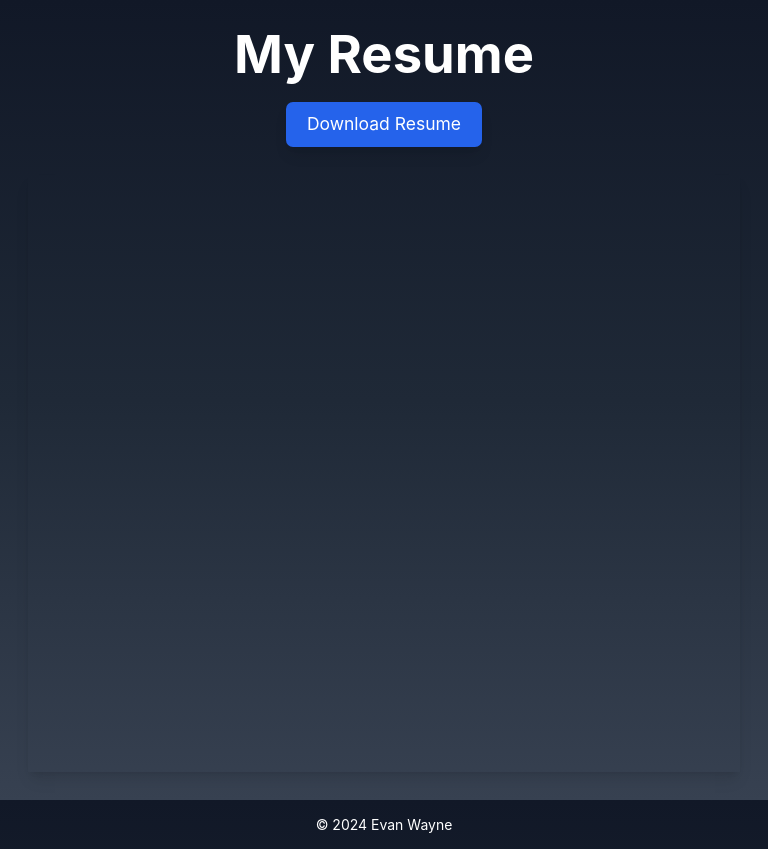
Repository: evnwyn/Evan-Wayne-s-Portfolio
Page: /resume
These files come from the project's save history. The page is drawn as it stood at one moment and after the next save; the edit follows.
The browser window is 768 px wide. The pictures show the whole page.
An inner scrolling area shows only its first screen. The project was rebuilt for these pictures with package versions that can differ from the ones it lists, and the page was loaded fresh each time. The framework's server and built-in components were replaced by stand-ins that run in the browser. Also part of the build but not shown: next.config.js.

Above is the page before, as saved 2024-10-09 20:22:39.

After the next save:
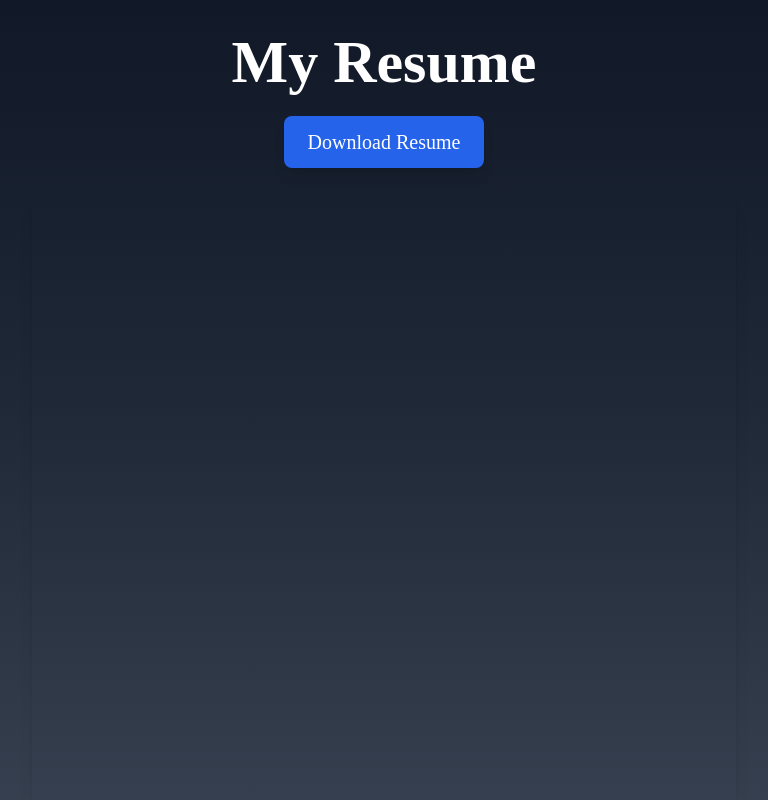
Saved 33 s later.
--- a/src/styles/globals.css
+++ b/src/styles/globals.css
@@ -2,54 +2,25 @@
 @tailwind components;
 @tailwind utilities;
 
-/* Custom Global Styles */
-
-html,
-body {
+/* Reset any default padding or margin */
+html, body {
+  height: 100%;
+  margin: 0;
   padding: 0;
-  margin: 0;
-  height: 100%;
-  font-family: -apple-system, BlinkMacSystemFont, "Segoe UI", Roboto, Oxygen, Ubuntu, Cantarell, "Fira Sans", "Droid Sans", "Helvetica Neue", sans-serif;
-  scroll-behavior: smooth;
+  overflow-x: hidden; /* Prevents horizontal scrolling if there's any overflow */
+  background-color: transparent; /* Just to ensure no background color is affecting things */
 }
 
-a {
-  text-decoration: none;
-  color: inherit;
-  transition: color 0.3s ease-in-out, text-decoration 0.3s ease-in-out;
-}
-
-a:hover {
-  color: #1f78ff; /* Updated to a modern shade of blue */
-  text-decoration: underline;
-}
-
-* {
-  box-sizing: border-box;
-}
-
-/* Custom Button Styling */
-button {
-  @apply bg-blue-600 text-white font-semibold py-3 px-6 rounded-lg shadow-md;
-  transition: background-color 0.3s ease, transform 0.3s ease;
-}
-
-button:hover {
-  background-color: #1f60cc; /* Darker shade on hover */
-  transform: scale(1.05); /* Add a subtle scale effect on hover */
-}
-
-/* Global Flex and Full-Height Settings */
-#__next,
-main {
-  min-height: 100%;
+/* Ensure the Next.js root div takes up the full height */
+#__next {
+  height: 100%;
   display: flex;
   flex-direction: column;
 }
 
-/* Responsive breakpoints for custom font sizes */
-@media (max-width: 768px) {
-  html {
-    font-size: 14px;
-  }
+/* Main container grows to fill the available space */
+main {
+  flex-grow: 1;
+  display: flex;
+  flex-direction: column;
 }
